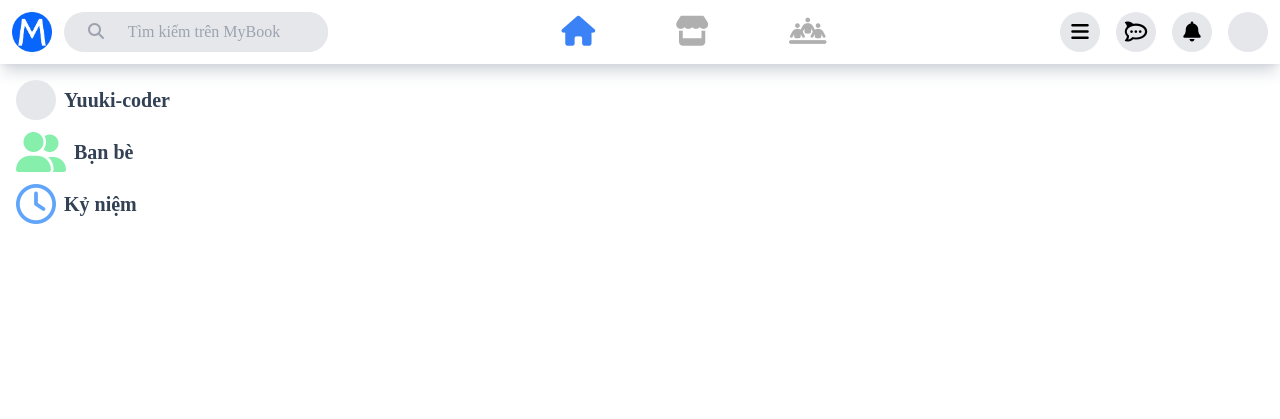
Repository: Yuukicoder/MyBook
Page: / (app in mybook/)
These files come from the project's save history. The page is drawn as it stood at one moment and after the next save; the edit follows.
The browser window is 1280 px wide. The pictures show the whole page.
The project was rebuilt for these pictures with package versions that can differ from the ones it lists, and the page was loaded fresh each time.

Above is the page before, as saved 2023-12-13 16:06:32.

After the next save:
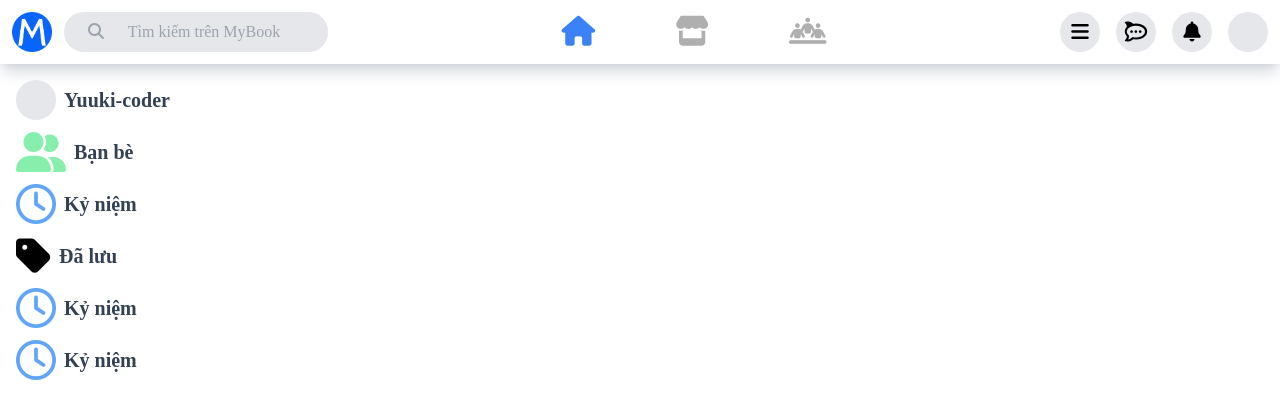
Saved 67 s later.
--- a/mybook/src/Option.js
+++ b/mybook/src/Option.js
@@ -18,6 +18,21 @@ var Option = (x) => (
         <p class="font-semibold text-xl text-slate-700">Kỷ niệm</p>
 
     </div>
+    <div class="flex gap-2 items-center box ">
+    <i class="fa-solid fa-tag"></i>
+        <p class="font-semibold text-xl text-slate-700">Đã lưu</p>
+
+    </div>
+    <div class="flex gap-2 items-center box ">
+    <i class="fa-regular fa-clock text-blue-400"></i>
+        <p class="font-semibold text-xl text-slate-700">Kỷ niệm</p>
+
+    </div>
+    <div class="flex gap-2 items-center box ">
+    <i class="fa-regular fa-clock text-blue-400"></i>
+        <p class="font-semibold text-xl text-slate-700">Kỷ niệm</p>
+
+    </div>
 
     </div>
 )
